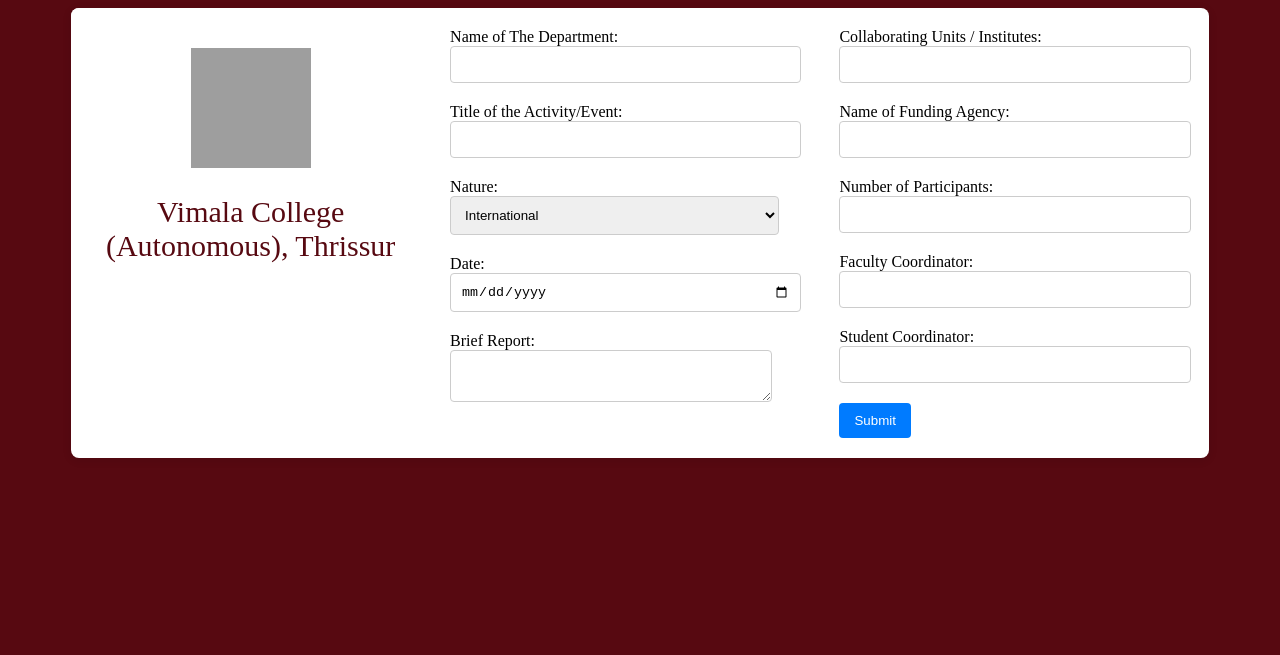
Repository: Rammjay/vimala-activity-report
Page: http://localhost/
An editor plug-in stored every save of this project. The page is shown before and after the next save, followed by the edit.
The browser window is 1280 px wide. The pictures show the whole page.
Pictures or frames that could not be fetched are drawn as grey boxes. The page is served by the project's application, run on Django 5.2 (report/manage.py).

Above is the page before, as saved 2024-09-22 14:21:52.

After the next save:
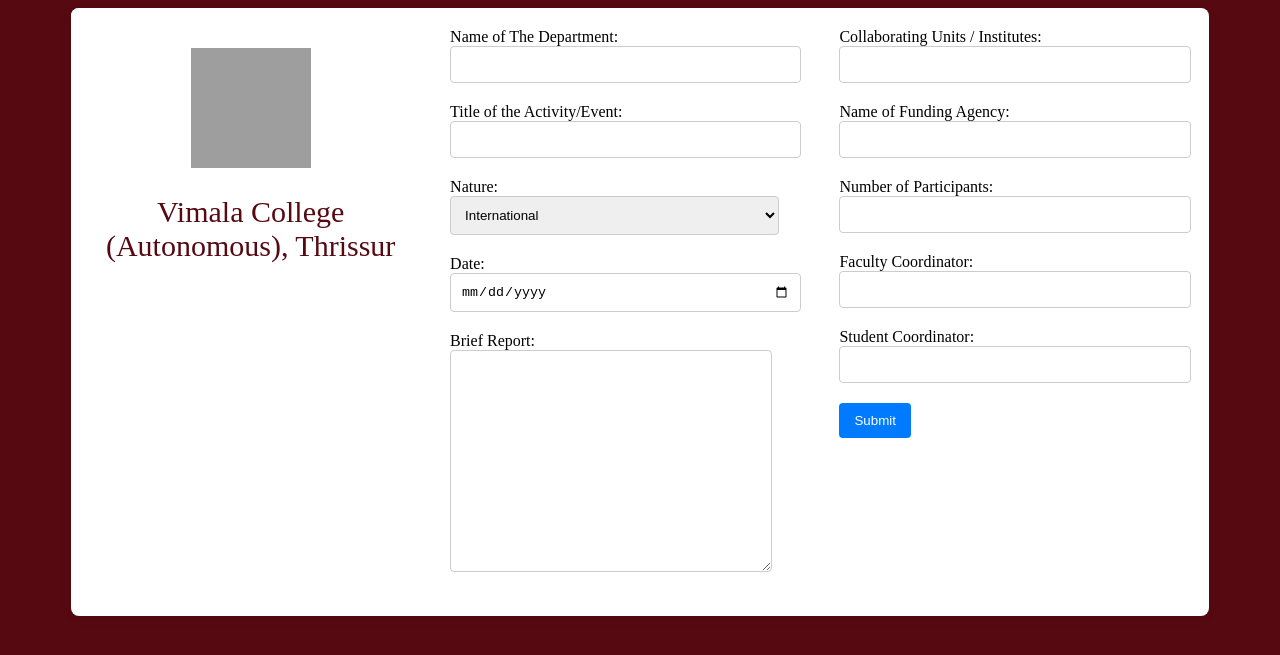
Saved 5 s later.
--- a/vim/report/reports/templates/1.html
+++ b/vim/report/reports/templates/1.html
@@ -109,7 +109,7 @@
                     <input type="date" id="date" name="date" required>
 
                     <label for="br">Brief Report:</label>
-                    <textarea id="br" name="br" style="width: 300px;" required></textarea>
+                    <textarea id="br" name="br" style="width: 300px;height: 200px;" required></textarea>
                 </form>
             </div>
             <div class="side">
